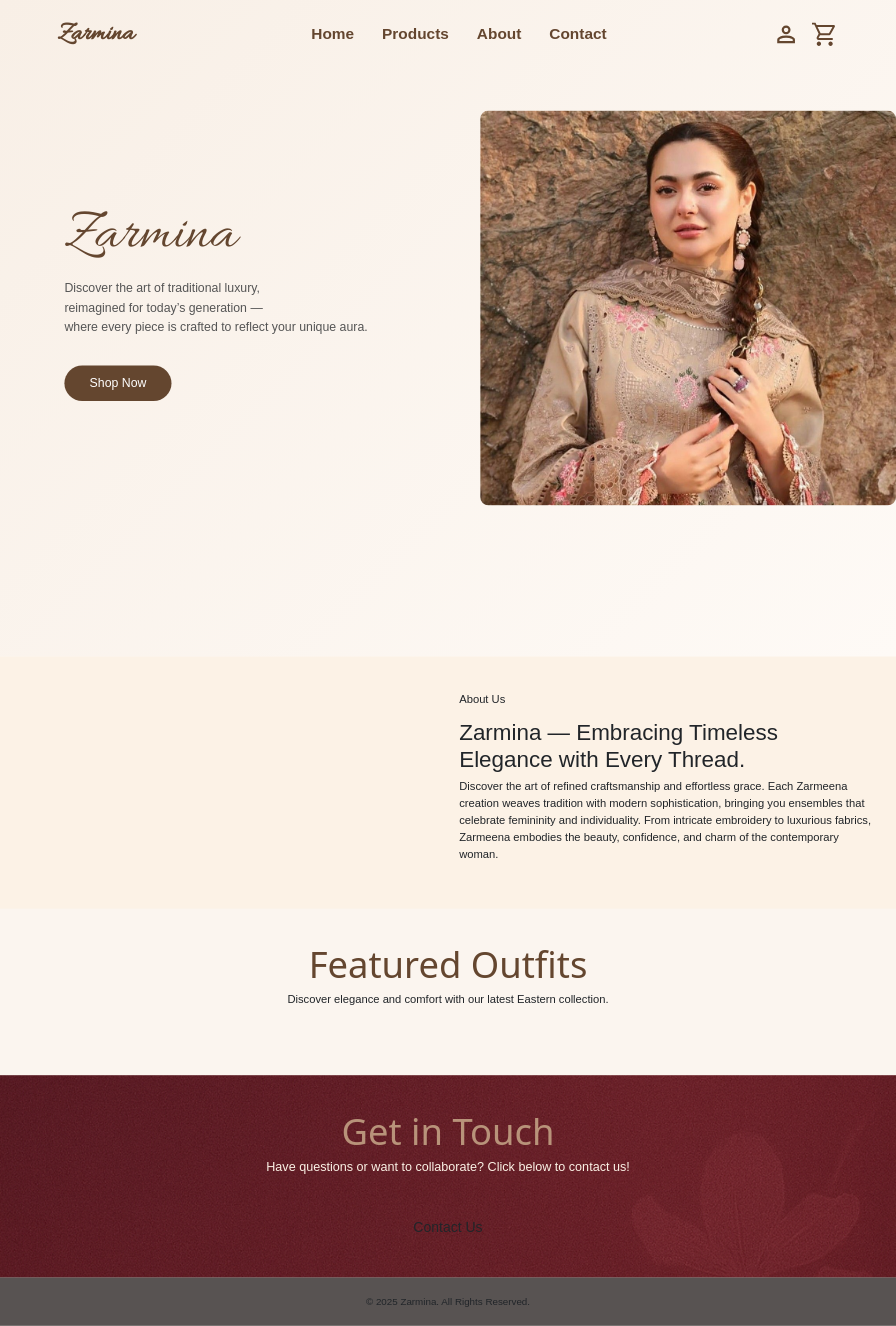
Repository: ayeshatehreem77/Clothing-store
Page: / (app in perfumes-app/)
These files come from the project's save history. The page is drawn as it stood at one moment and after the next save; the edit follows.
The browser window is 1280 px wide. The pictures show the whole page, at 70% of full size.
Pictures or frames that could not be fetched are drawn as grey boxes. The page's requests for data from a server got no answer. Some web fonts or font styles are not loaded; a fallback is used. The project was rebuilt for these pictures with package versions that can differ from the ones it lists, and the page was loaded fresh each time. No one was signed in, and anything a server would have sent is missing. Also part of the build but not shown: perfumes-app/src/components/Alert.js.

Above is the page before, as saved 2025-10-30 22:50:13.

After the next save:
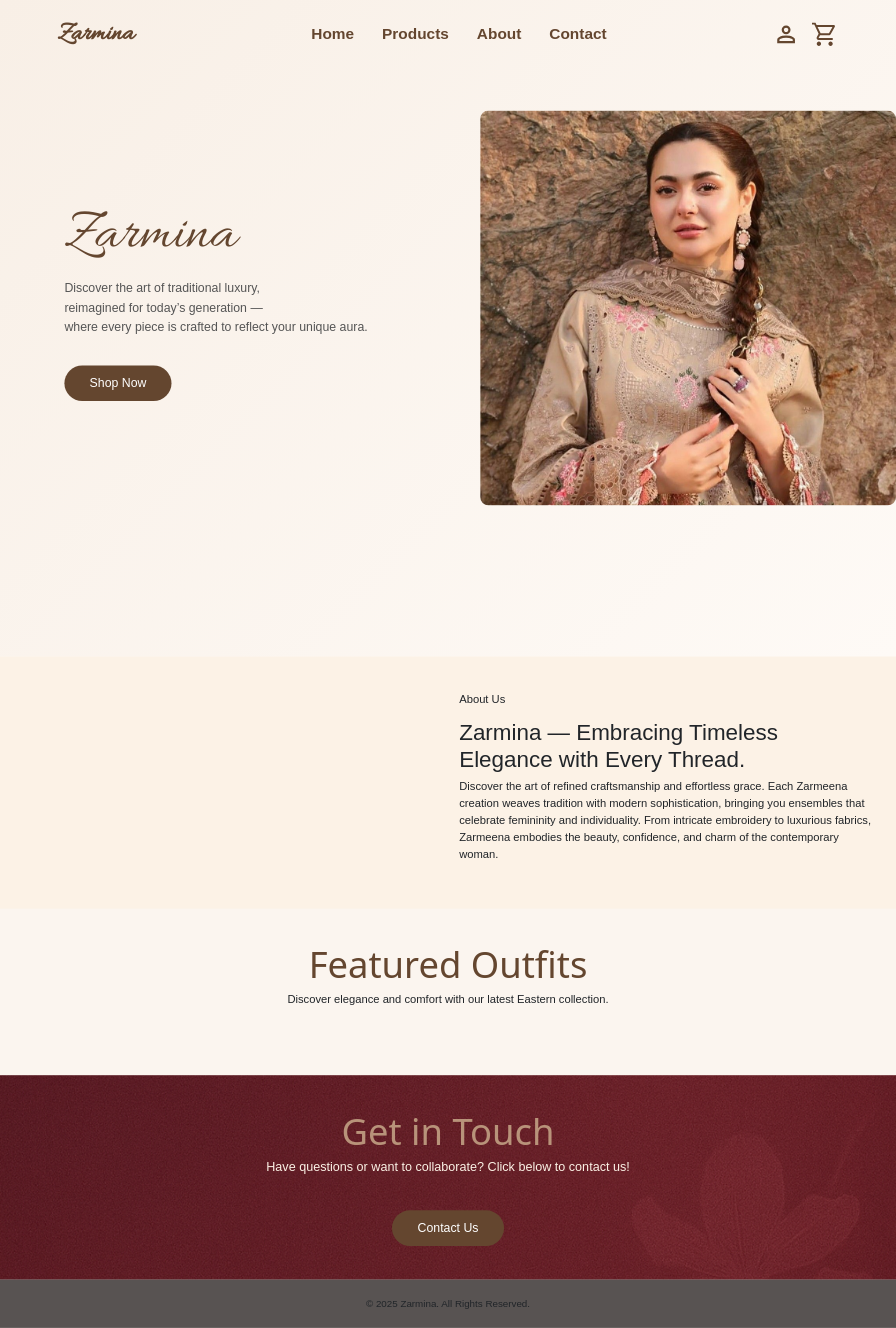
Saved 50 s later.
--- a/perfumes-app/src/components/ContactForm.js
+++ b/perfumes-app/src/components/ContactForm.js
@@ -13,7 +13,7 @@ function ContactForm() {
         </div>
       <button
         type="button"
-        className="btn btn-lg shopnow-btn mb-5 mt-0"
+        className="btn btn-lg mb-5 mt-0 shop-btn"
         data-bs-toggle="modal"
         data-bs-target="#contactModal"
       >
